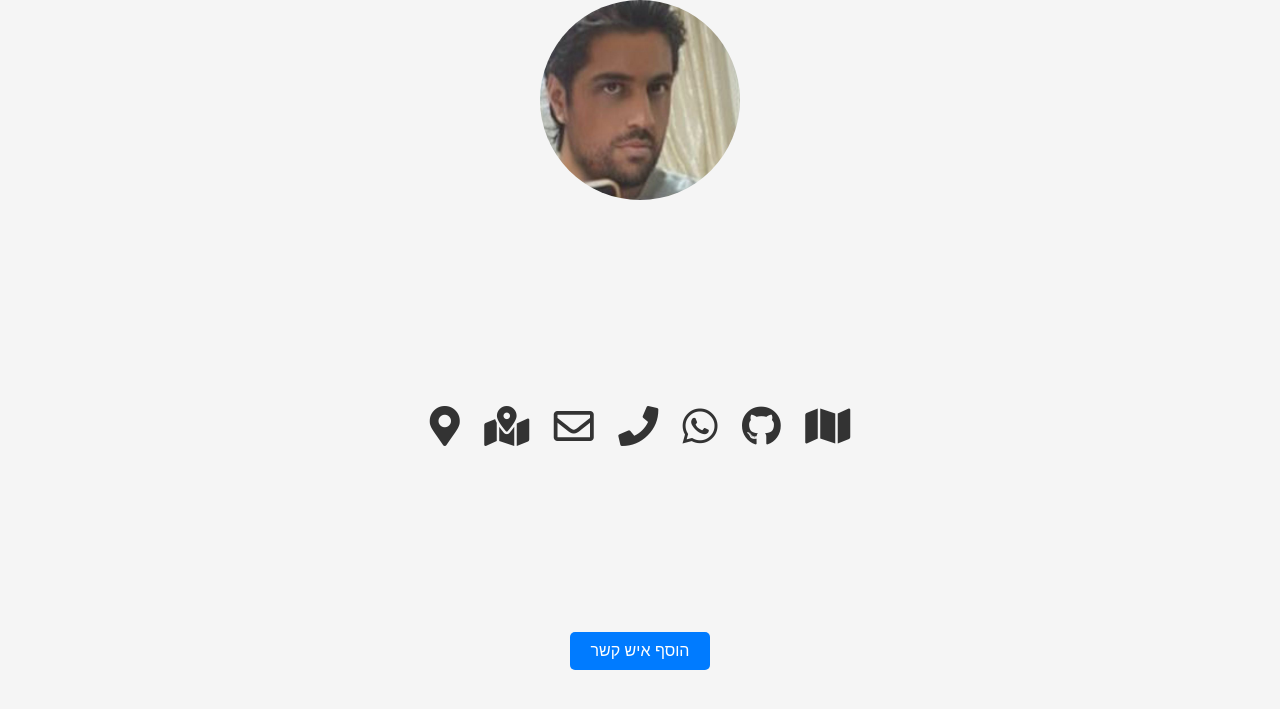
Repository: RL20/Business-Card
Page: index.html
An editor plug-in stored every save of this project. The page is shown before and after the next save, followed by the edit.
The browser window is 1280 px wide. The pictures show the whole page.

Above is the page before, as saved 2024-05-15 03:33:59.

After the next save:
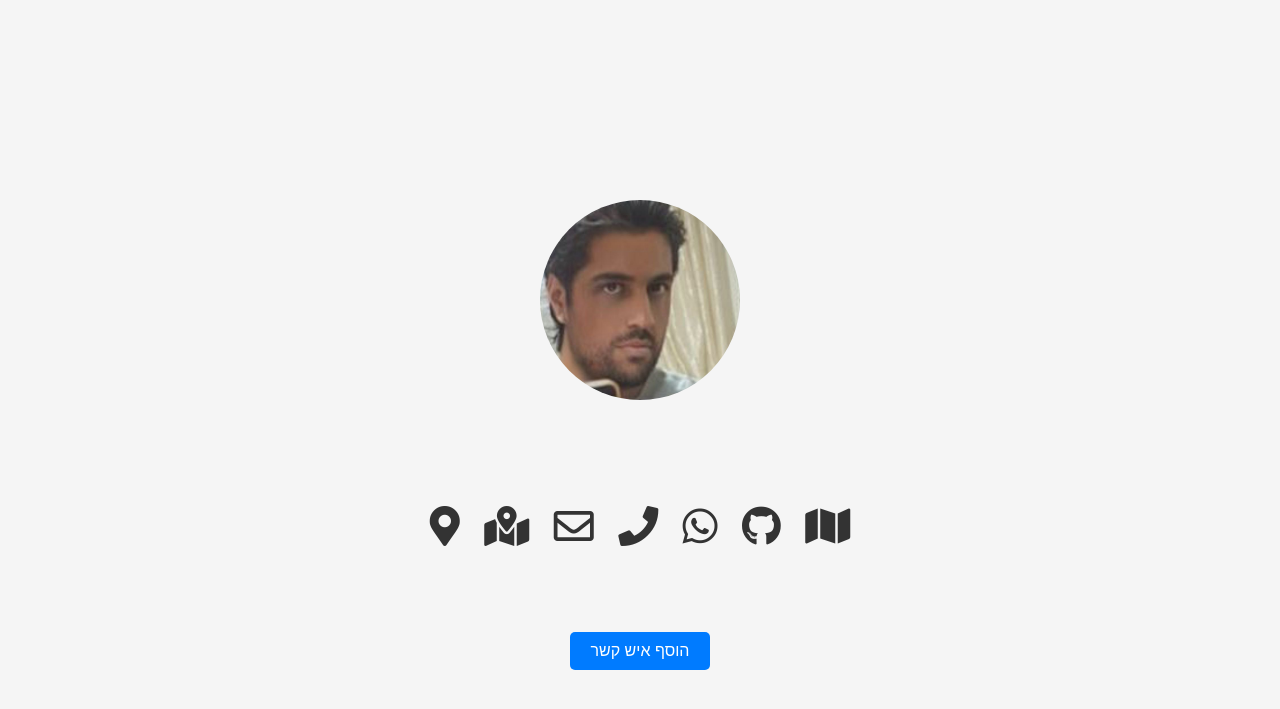
Saved 21 s later.
--- a/index.html
+++ b/index.html
@@ -49,6 +49,7 @@
         background-color: #0056b3;
       }
       .profile-img {
+        margin-top: 200px;
         width: 200px;
         height: 200px;
         overflow: hidden;
